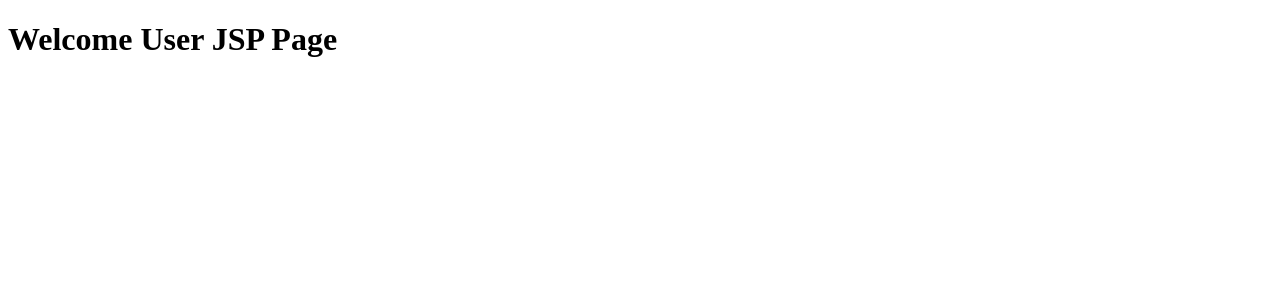
Repository: neethiarasan30/jsp-Servlets-crud-operation
Page: http://localhost/JavaFullStack/AdminHome.jsp
The author's editor kept a copy of each file at every save. The page is drawn from the files as they stood at one save, then again after the next save.
The browser window is 1280 px wide. The pictures show the whole page.
The page is served by Tomcat 9. Other server files are loaded and not shown.

Above is the page before, as saved 2024-07-12 13:36:27.

### JavaFullStack/src/main/webapp/AdminHome.jsp
<%@ page language="java" contentType="text/html; charset=ISO-8859-1"
    pageEncoding="ISO-8859-1"%>
<!DOCTYPE html>
<html>
<head>
<meta charset="ISO-8859-1">
<title>Insert title here</title>
</head>
<body>
			<h1>Welcome User JSP Page</h1>

</body>
</html>

After the next save:
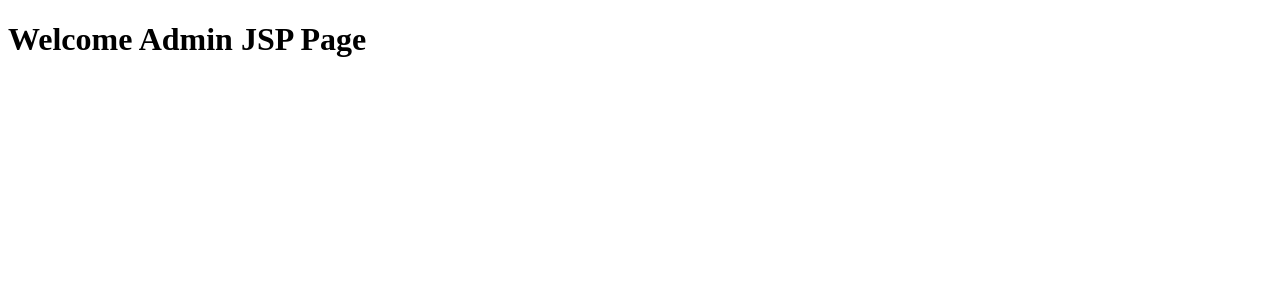
Saved 4 s later.
--- a/JavaFullStack/src/main/webapp/AdminHome.jsp
+++ b/JavaFullStack/src/main/webapp/AdminHome.jsp
@@ -7,7 +7,7 @@
 <title>Insert title here</title>
 </head>
 <body>
-			<h1>Welcome User JSP Page</h1>
+			<h1>Welcome Admin JSP Page</h1>
 
 </body>
 </html>
